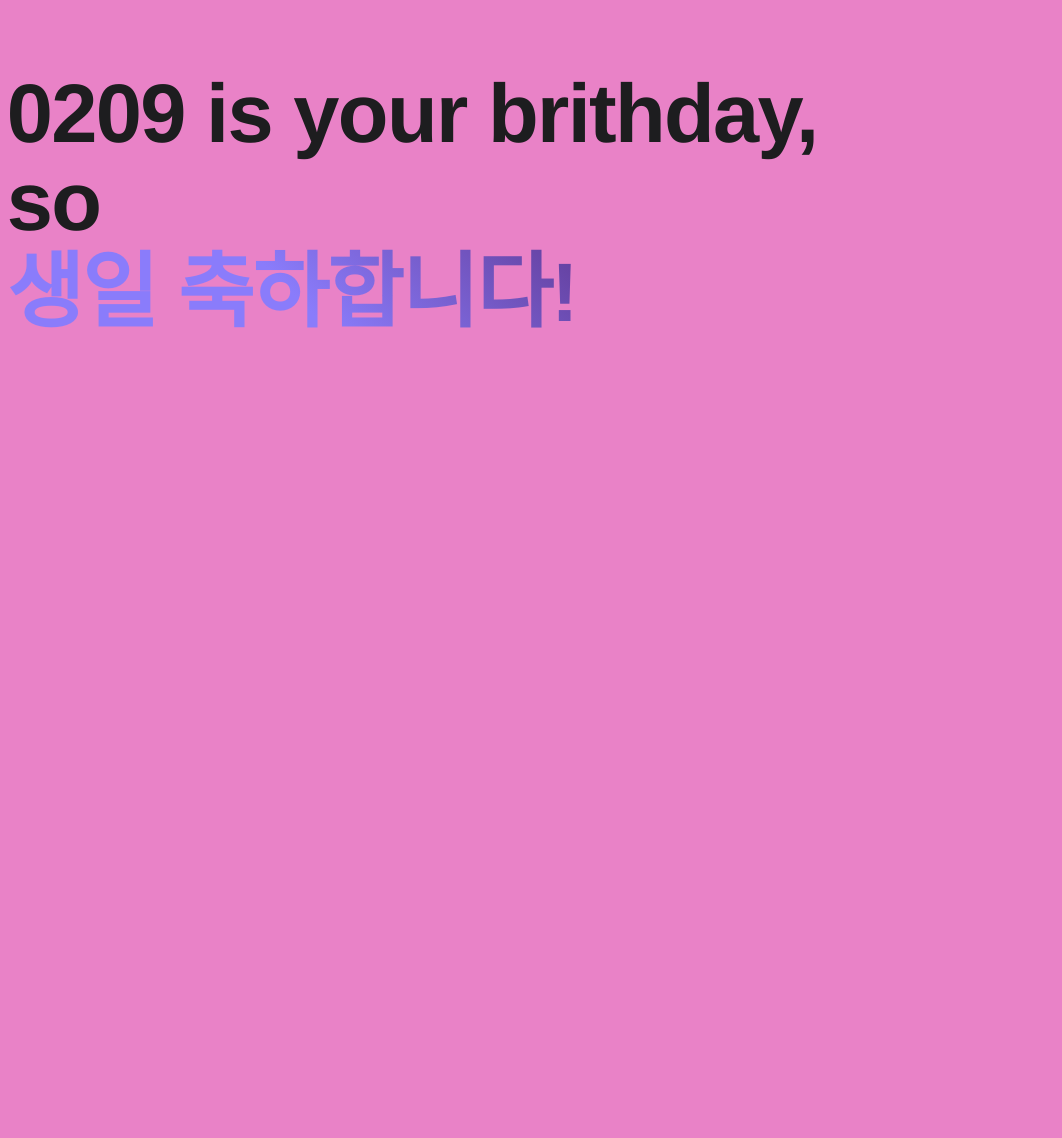
Repository: Caococos/02-09
Page: /
These files come from the project's save history. The page is drawn as it stood at one moment and after the next save; the edit follows.
The browser window is 1280 px wide. The pictures show the whole page, at 83% of full size.
The project was rebuilt for these pictures with package versions that can differ from the ones it lists, and the page was loaded fresh each time. Also part of the build but not shown: vue.config.js.

Above is the page before, as saved 2021-06-11 22:42:10.

After the next save:
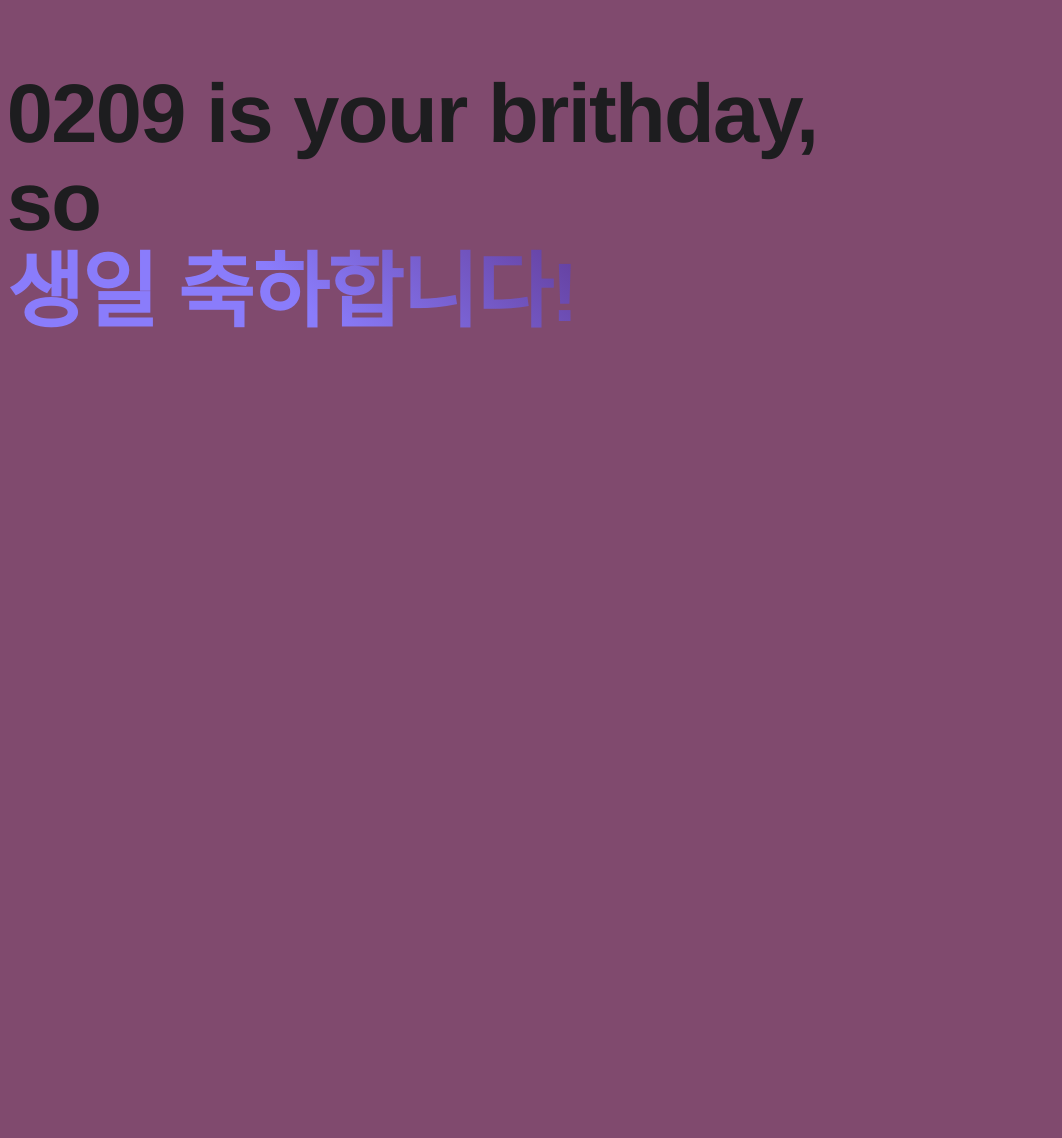
Saved 12 s later.
--- a/src/assets/css/index.css
+++ b/src/assets/css/index.css
@@ -4,5 +4,5 @@
 
 body {
   height: 100vw;
-  background-color: rgb(233, 130, 199);
+  background-color: rgb(128, 74, 110);
 }
